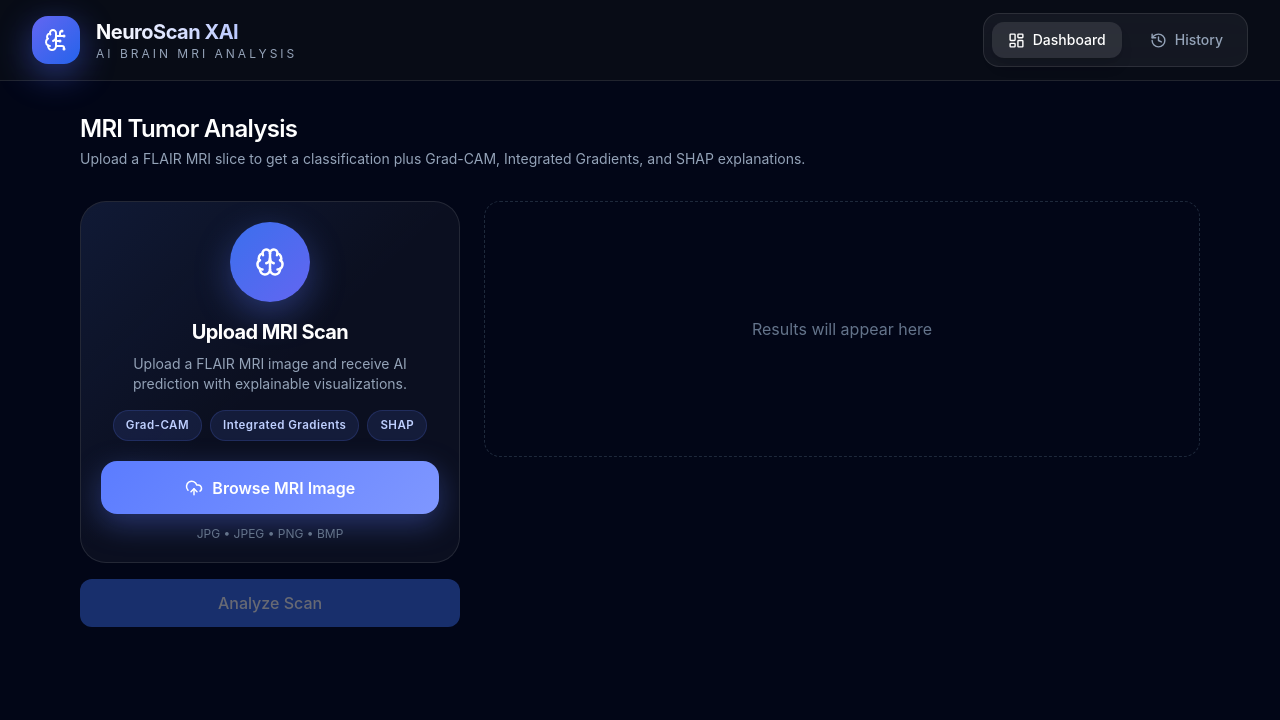
Repository: yashwanth252005/Major_project
Page: / (app in frontend/)
The author's editor kept a copy of each file at every save. The page is drawn from the files as they stood at one save, then again after the next save.
The browser window is 1280 px wide. The pictures show the whole page.
Backgrounds fixed to the window are drawn as part of the page. The project was rebuilt for these pictures with package versions that can differ from the ones it lists, and the page was loaded fresh each time. Also part of the build but not shown: frontend/vite.config.js, frontend/src/components/ReportImage.jsx, frontend/src/components/ResultPanel.jsx, frontend/src/pages/History.jsx, frontend/src/pages/ScanDetail.jsx.

Above is the page before, as saved 2026-08-07 21:57:09.

### frontend/index.html
<!doctype html>
<html lang="en">
  <head>
    <meta charset="UTF-8" />
    <meta name="viewport" content="width=device-width, initial-scale=1.0" />
    <title>Brain Tumor XAI Dashboard</title>
  </head>
  <body class="bg-slate-950">
    <div id="root"></div>
    <script type="module" src="/src/main.jsx"></script>
  </body>
</html>

### frontend/src/App.jsx
import { Routes, Route } from "react-router-dom";
import Navbar from "./components/Navbar.jsx";
import Dashboard from "./pages/Dashboard.jsx";
import History from "./pages/History.jsx";
import ScanDetail from "./pages/ScanDetail.jsx";

export default function App() {
  return (
    <div className="min-h-screen bg-slate-950">
      <Navbar />
      <main className="mx-auto max-w-6xl px-4 py-8">
        <Routes>
          <Route path="/" element={<Dashboard />} />
          <Route path="/history" element={<History />} />
          <Route path="/history/:id" element={<ScanDetail />} />
        </Routes>
      </main>
    </div>
  );
}

### frontend/src/index.css
@tailwind base;
@tailwind components;
@tailwind utilities;

/* ==========================================================
   NeuroScan Design System v1
   ========================================================== */

:root {
  --bg: #0a0e17;
  --bg-secondary: #0f1523;

  --surface: #131b2b;
  --surface-2: #1a2335;
  --surface-3: #202c42;

  --primary: #5b7cff;
  --primary-light: #7f97ff;
  --primary-dark: #4366f6;

  --success: #22c55e;
  --warning: #f59e0b;
  --danger: #ef4444;
  --purple: #8b5cf6;

  --text: #f8fafc;
  --muted: #9ca9bd;

  --border: rgba(255,255,255,.08);

  --shadow-lg:
    0 12px 35px rgba(0,0,0,.45);

  --shadow-card:
    0 10px 25px rgba(0,0,0,.35);

  --radius-xl:20px;
  --radius-2xl:28px;
}

@layer base {

*{
  @apply border-transparent;
}

html{
  scroll-behavior:smooth;
}

body {
  @apply text-slate-100;

  margin: 0;
  min-height: 100vh;
  color: var(--text);

  /* Professional Medical Background */
  background:
    radial-gradient(circle at 0% 0%,
      rgba(91,124,255,.18) 0%,
      transparent 32%),

    radial-gradient(circle at 100% 100%,
      rgba(91,124,255,.12) 0%,
      transparent 28%),

    radial-gradient(circle at 50% 20%,
      rgba(99,102,241,.08) 0%,
      transparent 45%),

    linear-gradient(
      180deg,
      #070C16 0%,
      #0B1322 35%,
      #101827 100%
    );

  background-attachment: fixed;

  font-family:
    Inter,
    ui-sans-serif,
    system-ui,
    sans-serif;

  -webkit-font-smoothing: antialiased;

  overflow-x: hidden;
}
body::before {
  content: "";

  position: fixed;
  inset: 0;

  pointer-events: none;

  opacity: .04;

  background-image:
    linear-gradient(rgba(255,255,255,.08) 1px, transparent 1px),
    linear-gradient(90deg, rgba(255,255,255,.08) 1px, transparent 1px);

  background-size: 60px 60px;

  mask-image: radial-gradient(circle, black 35%, transparent 100%);
}

::selection{
  background:#5b7cff;
  color:white;
}

::-webkit-scrollbar{
  width:8px;
}

::-webkit-scrollbar-track{
  background:transparent;
}

::-webkit-scrollbar-thumb{

  background:#2b3855;

  border-radius:999px;
}

::-webkit-scrollbar-thumb:hover{

  background:#4a5f95;
}

h1,h2,h3,h4{

  letter-spacing:-.03em;

  font-weight:700;

  color:white;
}

button{

  transition:
      all .25s ease;
}

img{

  user-select:none;
}
}

@layer components {

/* ===========================
   SURFACES
=========================== */

.surface{

  background: rgba(18, 27, 43, 0.78);

  backdrop-filter:blur(16px);

  border:1px solid rgba(255,255,255,.08);

  border-radius:var(--radius-xl);

  box-shadow:
    0 10px 35px rgba(0,0,0,.35),
    inset 0 1px 0 rgba(255,255,255,.03);
}

.surface-hover{

  @apply surface;

  transition:all .25s ease;
}

.btn-primary:hover{

  transform:translateY(-3px);

  filter:brightness(1.05);

  box-shadow:
      0 20px 40px rgba(91,124,255,.45);
}
.btn-primary:active{
    transform:scale(.98);
}

/* ===========================
   BUTTONS
=========================== */

.btn-primary{

  display:inline-flex;

  align-items:center;

  justify-content:center;

  gap:.6rem;

  padding:.9rem 1.5rem;

  border-radius:16px;

  color:white;

  font-weight:600;

  background:
      linear-gradient(
      135deg,
      var(--primary),
      var(--primary-light)
      );

  box-shadow:
      0 10px 30px rgba(91,124,255,.35);
}

.btn-primary:hover{

  transform:translateY(-2px);

  box-shadow:
      0 16px 40px rgba(91,124,255,.45);
}

.btn-secondary{

  display:inline-flex;

  align-items:center;

  justify-content:center;

  padding:.9rem 1.4rem;

  border-radius:16px;

  background:rgba(255,255,255,.04);

  border:1px solid rgba(255,255,255,.08);

  color:white;
}

.btn-secondary:hover{

  background:rgba(255,255,255,.08);
}

/* ===========================
   CARDS
=========================== */

.stat-card{

  @apply surface-hover;

  padding:1.3rem;
}

.section-title{

  font-size:.8rem;

  text-transform:uppercase;

  letter-spacing:.18em;

  color:var(--muted);

  font-weight:600;
}

.gradient-text{

  background:
  linear-gradient(
  90deg,
  #ffffff,
  #9fb4ff
  );

  -webkit-background-clip:text;

  color:transparent;
}

.badge{
    display:inline-flex;
    align-items:center;
    gap:6px;

    padding:6px 12px;

    border-radius:999px;

    font-size:.72rem;

    font-weight:600;

    letter-spacing:.04em;

    background:rgba(91,124,255,.12);

    border:1px solid rgba(91,124,255,.18);

    color:#BFD0FF;
}

.glass{

  background:rgba(255,255,255,.05);

  backdrop-filter:blur(18px);

  border:1px solid rgba(255,255,255,.08);
}

.input{

  width:100%;

  background:#182133;

  color:white;

  border-radius:16px;

  padding:.9rem 1rem;

  border:1px solid rgba(255,255,255,.06);

  transition:.2s;
}

.input:focus{

  outline:none;

  border-color:var(--primary);

  box-shadow:
  0 0 0 4px rgba(91,124,255,.18);
}

}

/* ===========================
   ANIMATIONS
=========================== */

@keyframes float{

0%,100%{

transform:translateY(0);
}

50%{

transform:translateY(-8px);
}

}

@keyframes fadeUp{

from{

opacity:0;

transform:translateY(16px);
}

to{

opacity:1;

transform:none;
}

}

.animate-float{

animation:float 5s ease-in-out infinite;
}

.animate-fade{

animation:fadeUp .45s ease;
}

### frontend/src/components/Navbar.jsx
import { NavLink } from "react-router-dom";
import { BrainCircuit, LayoutDashboard, History } from "lucide-react";
import { motion } from "framer-motion";

const navLink = ({ isActive }) =>
  `relative flex items-center gap-2 px-4 py-2 rounded-xl text-sm font-medium transition-all duration-300 ${
    isActive
      ? "text-white bg-white/10 shadow-lg"
      : "text-slate-400 hover:text-white hover:bg-white/5"
  }`;

export default function Navbar() {
  return (
    <motion.header
      initial={{ y: -35, opacity: 0 }}
      animate={{ y: 0, opacity: 1 }}
      transition={{ duration: 0.45 }}
      className="sticky top-0 z-50 backdrop-blur-xl border-b border-white/10 bg-[#0A0E17]/80"
    >
      <div className="mx-auto flex h-20 max-w-7xl items-center justify-between px-8">

        {/* Logo */}

        <div className="flex items-center gap-4">

          <div className="flex h-12 w-12 items-center justify-center rounded-2xl bg-gradient-to-br from-indigo-500 to-blue-600 shadow-[0_10px_35px_rgba(79,107,255,.45)]">

            <BrainCircuit size={24} className="text-white" />

          </div>

          <div>

            <h1 className="text-xl font-bold tracking-tight gradient-text">
              NeuroScan XAI
            </h1>

            <p className="text-xs tracking-[0.25em] uppercase text-slate-400">
              AI Brain MRI Analysis
            </p>

          </div>

        </div>

        {/* Navigation */}

        <nav className="flex items-center gap-3 rounded-2xl border border-white/10 bg-white/5 p-2">

          <NavLink to="/" className={navLink}>
            <LayoutDashboard size={17} />
            Dashboard
          </NavLink>

          <NavLink to="/history" className={navLink}>
            <History size={17} />
            History
          </NavLink>

        </nav>

      </div>
    </motion.header>
  );
}

### frontend/src/pages/Dashboard.jsx
import { useState } from "react";
import UploadCard from "../components/UploadCard.jsx";
import ResultPanel from "../components/ResultPanel.jsx";
import { predictScan } from "../api/client.js";

export default function Dashboard() {
  const [file, setFile] = useState(null);
  const [loading, setLoading] = useState(false);
  const [error, setError] = useState(null);
  const [result, setResult] = useState(null);

  async function handleAnalyze() {
    if (!file) return;
    setLoading(true);
    setError(null);
    setResult(null);
    try {
      const data = await predictScan(file);
      setResult(data);
    } catch (err) {
      setError(err?.response?.data?.error || "Something went wrong while analyzing the scan.");
    } finally {
      setLoading(false);
    }
  }

  return (
    <div className="space-y-8">
      <div>
        <h1 className="text-2xl font-semibold">MRI Tumor Analysis</h1>
        <p className="mt-1 text-sm text-slate-400">
          Upload a FLAIR MRI slice to get a classification plus Grad-CAM, Integrated Gradients,
          and SHAP explanations.
        </p>
      </div>

      <div className="grid gap-6 lg:grid-cols-[380px_1fr]">
        <div className="space-y-4">
          <UploadCard onFileSelected={setFile} disabled={loading} />
          <button
            type="button"
            onClick={handleAnalyze}
            disabled={!file || loading}
            className="w-full rounded-xl bg-brand-500 py-3 font-medium text-white transition hover:bg-brand-600 disabled:cursor-not-allowed disabled:opacity-40"
          >
            {loading ? "Analyzing…" : "Analyze Scan"}
          </button>
          {error && <p className="text-sm text-red-400">{error}</p>}
        </div>

        <div>
          {loading && (
            <div className="flex h-64 items-center justify-center rounded-2xl border border-slate-800 bg-slate-900/40 text-slate-400">
              Running CNN + Grad-CAM + SHAP + Integrated Gradients…
            </div>
          )}
          {!loading && !result && (
            <div className="flex h-64 items-center justify-center rounded-2xl border border-dashed border-slate-800 text-slate-500">
              Results will appear here
            </div>
          )}
          <ResultPanel result={result} />
        </div>
      </div>
    </div>
  );
}

### frontend/src/components/UploadCard.jsx
import { useRef, useState } from "react";
import { UploadCloud, Brain } from "lucide-react";
import { motion } from "framer-motion";

export default function UploadCard({ onFileSelected, disabled }) {
  const inputRef = useRef(null);

  const [dragOver, setDragOver] = useState(false);
  const [previewUrl, setPreviewUrl] = useState(null);

  function handleFile(file) {
    if (!file) return;
    setPreviewUrl(URL.createObjectURL(file));
    onFileSelected(file);
  }

  return (
    <motion.div
      initial={{ opacity: 0, y: 15 }}
      animate={{ opacity: 1, y: 0 }}
      transition={{ duration: 0.35 }}
      onDragOver={(e) => {
        e.preventDefault();
        setDragOver(true);
      }}
      onDragLeave={() => setDragOver(false)}
      onDrop={(e) => {
        e.preventDefault();
        setDragOver(false);
        handleFile(e.dataTransfer.files?.[0]);
      }}
      className={`relative overflow-hidden rounded-[26px] border transition-all duration-300
      ${
        dragOver
          ? "border-brand-400 bg-brand-500/10 scale-[1.01]"
          : "border-white/10 bg-white/[0.04]"
      }`}
    >
      {/* Background Glow */}
      <div className="absolute inset-0 bg-gradient-to-br from-brand-500/10 via-transparent to-transparent pointer-events-none" />

      <div className="relative p-5">

        {previewUrl ? (
          <img
            src={previewUrl}
            alt="MRI Preview"
            className="mx-auto h-40 rounded-2xl shadow-xl object-contain"
          />
        ) : (
          <div className="flex justify-center">
            <div className="flex h-20 w-20 items-center justify-center rounded-full bg-gradient-to-br from-brand-500 to-indigo-500 shadow-[0_12px_35px_rgba(91,124,255,.35)]">
              <Brain size={30} className="text-white" />
            </div>
          </div>
        )}

        <h2 className="mt-4 text-center text-xl font-bold">
          Upload MRI Scan
        </h2>

        <p className="mx-auto mt-2 max-w-xs text-center text-sm text-slate-400">
          Upload a FLAIR MRI image and receive AI prediction with explainable visualizations.
        </p>

        <div className="mt-4 flex justify-center gap-2 flex-wrap">
          <span className="badge">Grad-CAM</span>
          <span className="badge">Integrated Gradients</span>
          <span className="badge">SHAP</span>
        </div>

        <button
          type="button"
          disabled={disabled}
          onClick={() => inputRef.current?.click()}
          className="btn-primary mt-5 w-full"
        >
          <UploadCloud size={18} />
          Browse MRI Image
        </button>

        <p className="mt-3 text-center text-xs text-slate-500">
          JPG • JPEG • PNG • BMP
        </p>

        <input
          ref={inputRef}
          type="file"
          accept=".jpg,.jpeg,.png,.bmp"
          className="hidden"
          disabled={disabled}
          onChange={(e) => handleFile(e.target.files?.[0])}
        />
      </div>
    </motion.div>
  );
}

### frontend/src/api/client.js
import axios from "axios";

// In dev, vite.config.js proxies /api -> http://127.0.0.1:8000
const client = axios.create({ baseURL: "/api" });

export async function predictScan(file, { onUploadProgress } = {}) {
  const formData = new FormData();
  formData.append("image", file);

  const { data } = await client.post("/predict/", formData, {
    headers: { "Content-Type": "multipart/form-data" },
    onUploadProgress,
  });

  return data;
  // Expected shape (from Brain_Tumor_AI/predict.py, plus persistence fields
  // added by the Django view):
  // {
  //   id: "uuid", created_at: "iso timestamp",
  //   prediction: { class: "glioma", confidence: 97.42 },
  //   processing_time: 1.203,
  //   original_image: "<base64 png>",
  //   gradcam: "<base64 png>",
  //   shap: "<base64 png>",
  //   integrated_gradients: "<base64 png>",
  //   summary: "..."
  // }
}

export async function fetchHistory() {
  const { data } = await client.get("/history/");
  return data;
}

export async function fetchScan(id) {
  const { data } = await client.get(`/history/${id}/`);
  return data;
}

export async function deleteScan(id) {
  await client.delete(`/history/${id}/`);
}

export default client;

### frontend/tailwind.config.js
/** @type {import('tailwindcss').Config} */
export default {
  content: ["./index.html", "./src/**/*.{js,jsx}"],
  theme: {
    extend: {
      colors: {
        brand: {
          50: "#eef4ff",
          100: "#d9e5ff",
          400: "#5b8cff",
          500: "#3b6fed",
          600: "#2c56c9",
          900: "#101a3d",
        },
      },
    },
  },
  plugins: [],
};

Loaded but not shown: frontend/src/main.jsx (common file)

After the next save:
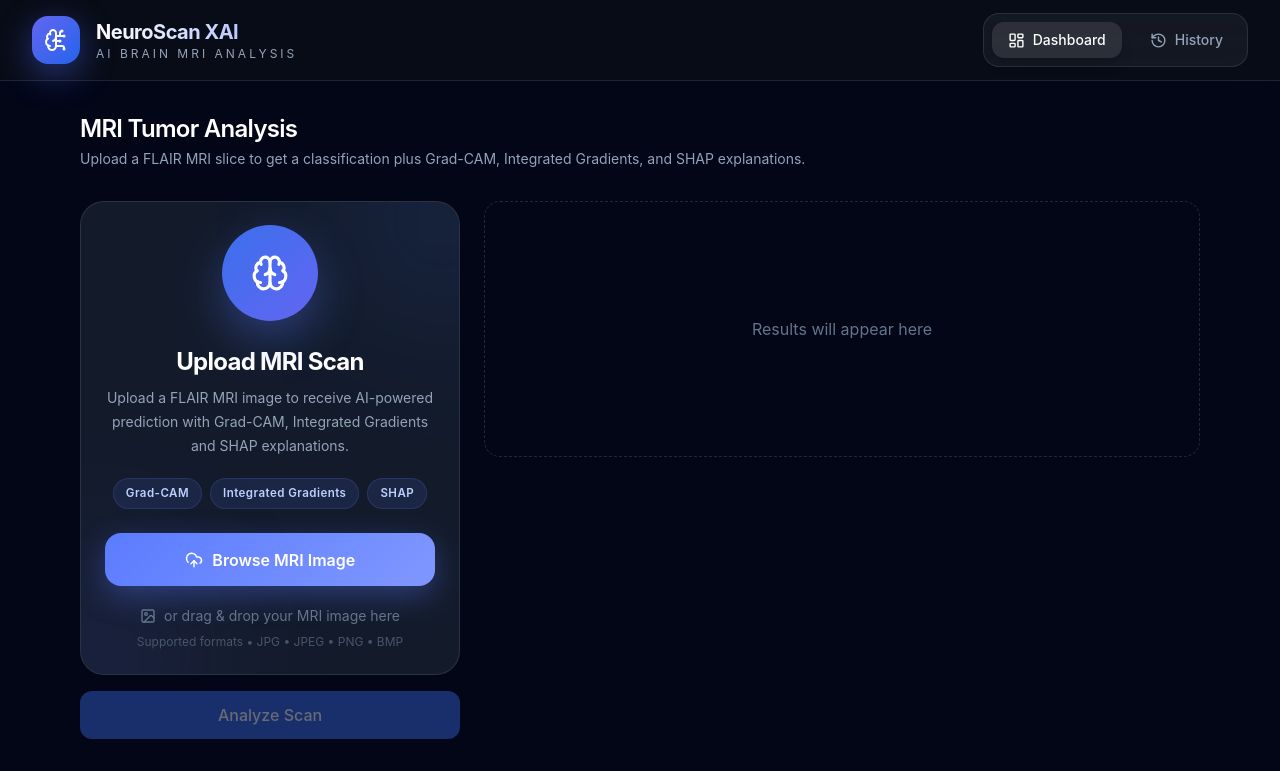
Saved 45 s later.
--- a/frontend/src/components/UploadCard.jsx
+++ b/frontend/src/components/UploadCard.jsx
@@ -1,5 +1,10 @@
 import { useRef, useState } from "react";
-import { UploadCloud, Brain } from "lucide-react";
+import {
+  UploadCloud,
+  Brain,
+  ImageIcon,
+  CheckCircle2,
+} from "lucide-react";
 import { motion } from "framer-motion";
 
 export default function UploadCard({ onFileSelected, disabled }) {
@@ -7,16 +12,19 @@ export default function UploadCard({ onFileSelected, disabled }) {
 
   const [dragOver, setDragOver] = useState(false);
   const [previewUrl, setPreviewUrl] = useState(null);
+  const [fileName, setFileName] = useState("");
 
   function handleFile(file) {
     if (!file) return;
+
     setPreviewUrl(URL.createObjectURL(file));
+    setFileName(file.name);
     onFileSelected(file);
   }
 
   return (
     <motion.div
-      initial={{ opacity: 0, y: 15 }}
+      initial={{ opacity: 0, y: 12 }}
       animate={{ opacity: 1, y: 0 }}
       transition={{ duration: 0.35 }}
       onDragOver={(e) => {
@@ -29,58 +37,129 @@ export default function UploadCard({ onFileSelected, disabled }) {
         setDragOver(false);
         handleFile(e.dataTransfer.files?.[0]);
       }}
-      className={`relative overflow-hidden rounded-[26px] border transition-all duration-300
+      className={`relative overflow-hidden rounded-3xl border transition-all duration-300
       ${
         dragOver
-          ? "border-brand-400 bg-brand-500/10 scale-[1.01]"
-          : "border-white/10 bg-white/[0.04]"
-      }`}
+          ? "border-brand-400 shadow-[0_0_45px_rgba(91,124,255,.25)]"
+          : "border-white/10"
+      } bg-[#131B2B]`}
     >
-      {/* Background Glow */}
-      <div className="absolute inset-0 bg-gradient-to-br from-brand-500/10 via-transparent to-transparent pointer-events-none" />
+      {/* Decorative Glow */}
 
-      <div className="relative p-5">
+      <div className="absolute -top-24 -right-24 h-56 w-56 rounded-full bg-brand-500/10 blur-3xl" />
+
+      <div className="absolute -bottom-24 -left-24 h-56 w-56 rounded-full bg-indigo-500/10 blur-3xl" />
+
+      <div className="relative p-6">
+
+        {/* Preview */}
 
         {previewUrl ? (
-          <img
-            src={previewUrl}
-            alt="MRI Preview"
-            className="mx-auto h-40 rounded-2xl shadow-xl object-contain"
-          />
+          <div className="rounded-2xl border border-white/10 bg-black/20 p-3">
+
+            <img
+              src={previewUrl}
+              alt="MRI Preview"
+              className="h-48 w-full rounded-xl object-contain"
+            />
+
+          </div>
         ) : (
           <div className="flex justify-center">
-            <div className="flex h-20 w-20 items-center justify-center rounded-full bg-gradient-to-br from-brand-500 to-indigo-500 shadow-[0_12px_35px_rgba(91,124,255,.35)]">
-              <Brain size={30} className="text-white" />
-            </div>
+
+            <motion.div
+              animate={{
+                y: [0, -6, 0],
+              }}
+              transition={{
+                repeat: Infinity,
+                duration: 3,
+              }}
+              className="flex h-24 w-24 items-center justify-center rounded-full bg-gradient-to-br from-brand-500 to-indigo-500 shadow-[0_18px_45px_rgba(91,124,255,.35)]"
+            >
+              <Brain size={38} className="text-white" />
+            </motion.div>
+
           </div>
         )}
 
-        <h2 className="mt-4 text-center text-xl font-bold">
+        {/* Title */}
+
+        <h2 className="mt-6 text-center text-2xl font-bold">
           Upload MRI Scan
         </h2>
 
-        <p className="mx-auto mt-2 max-w-xs text-center text-sm text-slate-400">
-          Upload a FLAIR MRI image and receive AI prediction with explainable visualizations.
+        <p className="mt-2 text-center text-sm leading-6 text-slate-400">
+          Upload a FLAIR MRI image to receive AI-powered prediction with
+          Grad-CAM, Integrated Gradients and SHAP explanations.
         </p>
 
-        <div className="mt-4 flex justify-center gap-2 flex-wrap">
+        {/* Tags */}
+
+        <div className="mt-5 flex flex-wrap justify-center gap-2">
+
           <span className="badge">Grad-CAM</span>
+
           <span className="badge">Integrated Gradients</span>
+
           <span className="badge">SHAP</span>
+
         </div>
+
+        {/* Selected File */}
+
+        {fileName && (
+          <div className="mt-5 rounded-xl border border-emerald-500/20 bg-emerald-500/10 p-3">
+
+            <div className="flex items-center gap-2">
+
+              <CheckCircle2
+                size={18}
+                className="text-emerald-400"
+              />
+
+              <div>
+
+                <p className="text-sm font-medium">
+                  Ready for Analysis
+                </p>
+
+                <p className="truncate text-xs text-slate-400">
+                  {fileName}
+                </p>
+
+              </div>
+
+            </div>
+
+          </div>
+        )}
+
+        {/* Upload Button */}
 
         <button
           type="button"
           disabled={disabled}
           onClick={() => inputRef.current?.click()}
-          className="btn-primary mt-5 w-full"
+          className="btn-primary mt-6 w-full"
         >
           <UploadCloud size={18} />
+
           Browse MRI Image
         </button>
 
-        <p className="mt-3 text-center text-xs text-slate-500">
-          JPG • JPEG • PNG • BMP
+        {/* Drag & Drop */}
+
+        <div className="mt-5 flex items-center justify-center gap-2 text-sm text-slate-500">
+
+          <ImageIcon size={16} />
+
+          or drag & drop your MRI image here
+
+        </div>
+
+        <p className="mt-2 text-center text-xs text-slate-600">
+          Supported formats • JPG • JPEG • PNG • BMP
         </p>
 
         <input
@@ -91,6 +170,7 @@ export default function UploadCard({ onFileSelected, disabled }) {
           disabled={disabled}
           onChange={(e) => handleFile(e.target.files?.[0])}
         />
+
       </div>
     </motion.div>
   );
